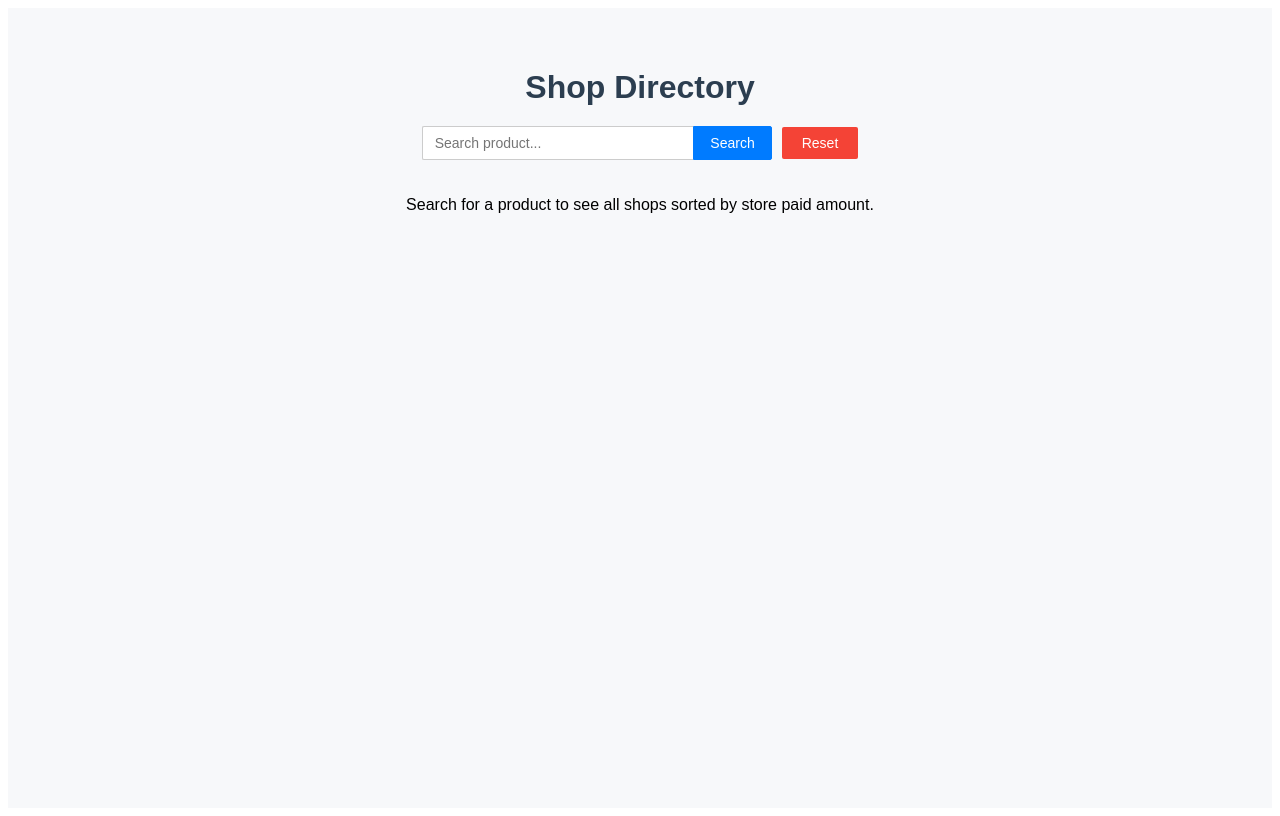
Repository: Pavithra-09git/CarSort
Page: /
The author's editor kept a copy of each file at every save. The page is drawn from the files as they stood at one save, then again after the next save.
The browser window is 1280 px wide. The pictures show the whole page.
The project was rebuilt for these pictures with package versions that can differ from the ones it lists, and the page was loaded fresh each time. Also part of the build but not shown: vite.config.js.

Above is the page before, as saved 2025-10-26 13:02:53.

### index.html
<!doctype html>
<html lang="en">
  <head>
    <meta charset="UTF-8" />
    <link rel="icon" type="image/svg+xml" href="/vite.svg" />
    <meta name="viewport" content="width=device-width, initial-scale=1.0" />
    <title>table</title>
  </head>
  <body>
    <div id="root"></div>
    <script type="module" src="/src/main.jsx"></script>
  </body>
</html>

### src/App.jsx
import React, { useState } from "react";
import { shops } from "./data";
import "./App.css";

function App() {
  const [search, setSearch] = useState("");
  const [results, setResults] = useState([]);

  const handleSearch = (e) => {
    e.preventDefault();
    if (!search.trim()) {
      setResults([]);
      return;
    }

    // Filter shops that have the searched product
    const filtered = shops
      .map((shop) => {
        const product = shop.products.find(
          (p) => p.name.toLowerCase() === search.toLowerCase().trim()
        );
        if (product) {
          return { ...shop, product };
        }
        return null;
      })
      .filter(Boolean)
      .sort((a, b) => b.product.storePaidAmount - a.product.storePaidAmount); // highest store paid first

    setResults(filtered);
  };

  const handleReset = () => {
    setSearch("");
    setResults([]);
  };

  return (
    <div className="container">
      <h1>Shop Directory</h1>

      <form className="search-form" onSubmit={handleSearch}>
        <div className="youtube-search-box">
          <input
            type="text"
            placeholder="Search product..."
            value={search}
            onChange={(e) => setSearch(e.target.value)}
            className="search-input"
          />
          <button type="submit" className="search-button">Search</button>
        </div>
        <button type="button" className="reset-btn" onClick={handleReset}>
          Reset
        </button>
      </form>

      <div className="card-column">
        {results.length > 0 ? (
          results.map((shop) => (
            <div className="card" key={shop.id}>
              <h2>{shop.name}</h2>
              <p><strong>Location:</strong> {shop.location}</p>
              <p><strong>Product:</strong> {shop.product.name}</p>
              <p><strong>Store Paid Amount:</strong> ₹{shop.product.storePaidAmount}</p>
              <p><strong>Normal Rate:</strong> ₹{shop.product.normalRate}</p>
            </div>
          ))
        ) : (
          <p>Search for a product to see all shops sorted by store paid amount.</p>
        )}
      </div>
    </div>
  );
}

export default App;

### src/data.js
export const shops = [
  {
    id: 1,
    name: "Alpha Stationery",
    location: "Coimbatore",
    products: [
      { name: "Pens", storePaidAmount: 12, normalRate: 15 },
      { name: "Notebooks", storePaidAmount: 50, normalRate: 60 },
      { name: "Pencil", storePaidAmount: 5, normalRate: 10 },
      { name: "Markers", storePaidAmount: 20, normalRate: 25 },
    ],
  },
  {
    id: 2,
    name: "Eco Paper House",
    location: "Chennai",
    products: [
      { name: "Notebooks", storePaidAmount: 55, normalRate: 65 },
      { name: "Files", storePaidAmount: 35, normalRate: 40 },
      { name: "Diaries", storePaidAmount: 40, normalRate: 50 },
    ],
  },
  {
    id: 3,
    name: "Campus Stationers",
    location: "Erode",
    products: [
      { name: "Pens", storePaidAmount: 15, normalRate: 18 },
      { name: "Notebooks", storePaidAmount: 60, normalRate: 70 },
      { name: "Markers", storePaidAmount: 25, normalRate: 30 },
    ],
  },
  {
    id: 4,
    name: "Paper World",
    location: "Chennai",
    products: [
      { name: "Files", storePaidAmount: 38, normalRate: 45 },
      { name: "Notebooks", storePaidAmount: 58, normalRate: 65 },
      { name: "Diaries", storePaidAmount: 45, normalRate: 50 },
    ],
  },
];

### src/App.css
/* Main container */
.container {
  min-height: 100vh;
  background-color: #f7f8fa;
  display: flex;
  flex-direction: column;
  align-items: center;
  padding: 40px 20px;
  font-family: "Poppins", sans-serif;
}

/* Title */
h1 {
  color: #2c3e50;
  margin-bottom: 20px;
  font-size: 2rem;
  text-align: center;
}

/* Search bar */
.search-box {
  width: 100%;
  max-width: 400px;
  padding: 10px 15px;
  border: 1px solid #ccc;
  border-radius: 8px;
  outline: none;
  font-size: 16px;
  transition: 0.3s;
  margin-bottom: 30px;
}

.search-box:focus {
  border-color: #007bff;
  box-shadow: 0 0 5px rgba(0, 123, 255, 0.3);
}

/* Cards vertical layout */
.card-column {
  display: flex;
  flex-direction: column;
  align-items: center;
  gap: 20px;
  width: 100%;
  max-width: 700px;
}

/* Individual card */
.card {
  background-color: white;
  border-radius: 12px;
  box-shadow: 0 4px 10px rgba(0, 0, 0, 0.1);
  width: 100%;
  padding: 20px;
  transition: transform 0.3s ease, box-shadow 0.3s ease;
}

.card:hover {
  transform: translateY(-5px);
  box-shadow: 0 6px 15px rgba(0, 0, 0, 0.15);
}

/* Card text */
.card h2 {
  font-size: 1.2rem;
  color: #2d3436;
  margin-bottom: 10px;
}

.card p {
  font-size: 0.95rem;
  color: #555;
  margin: 6px 0;
}

/* No result text */
.no-result {
  color: #777;
  text-align: center;
  font-size: 1rem;
}
.search-form {
  display: flex;
  flex-wrap: wrap;
  gap: 10px;
  margin-bottom: 20px;
  align-items: center;
}

.youtube-search-box {
  display: flex;
  width: 350px; /* input + button total width */
  max-width: 100%;
}

.search-input {
  flex: 1;
  padding: 8px 12px;
  border: 1px solid #ccc;
  border-right: none;
  border-radius: 2px 0 0 2px;
  font-size: 14px;
}

.search-input:focus {
  outline: none;
  border-color: #007bff;
}

.search-button {
  padding: 8px 16px;
  border: 1px solid #007bff;
  background-color: #007bff;
  color: white;
  cursor: pointer;
  font-size: 14px;
  border-radius: 0 2px 2px 0;
  transition: background 0.3s;
}

.search-button:hover {
  background-color: #0056b3;
}

.reset-btn {
  padding: 8px 20px;
  background-color: #f44336;
  border: none;
  color: white;
  border-radius: 2px;
  cursor: pointer;
  font-size: 14px;
  transition: background 0.3s;
}

.reset-btn:hover {
  background-color: #c62828;
}

/* Cards */
.card-column {
  display: flex;
  flex-direction: column;
  gap: 15px;
}

.card {
  padding: 15px;
  border: 1px solid #ddd;
  border-radius: 8px;
  box-shadow: 1px 2px 6px rgba(0,0,0,0.1);
  transition: transform 0.2s;
}

.card:hover {
  transform: scale(1.02);
}

/* Responsive */
@media (max-width: 600px) {
  .youtube-search-box {
    width: 100%;
  }
  .search-form {
    flex-direction: column;
    align-items: stretch;
  }
  .reset-btn {
    width: 100%;
  }
}

Loaded but not shown: src/main.jsx (common file)

After the next save:
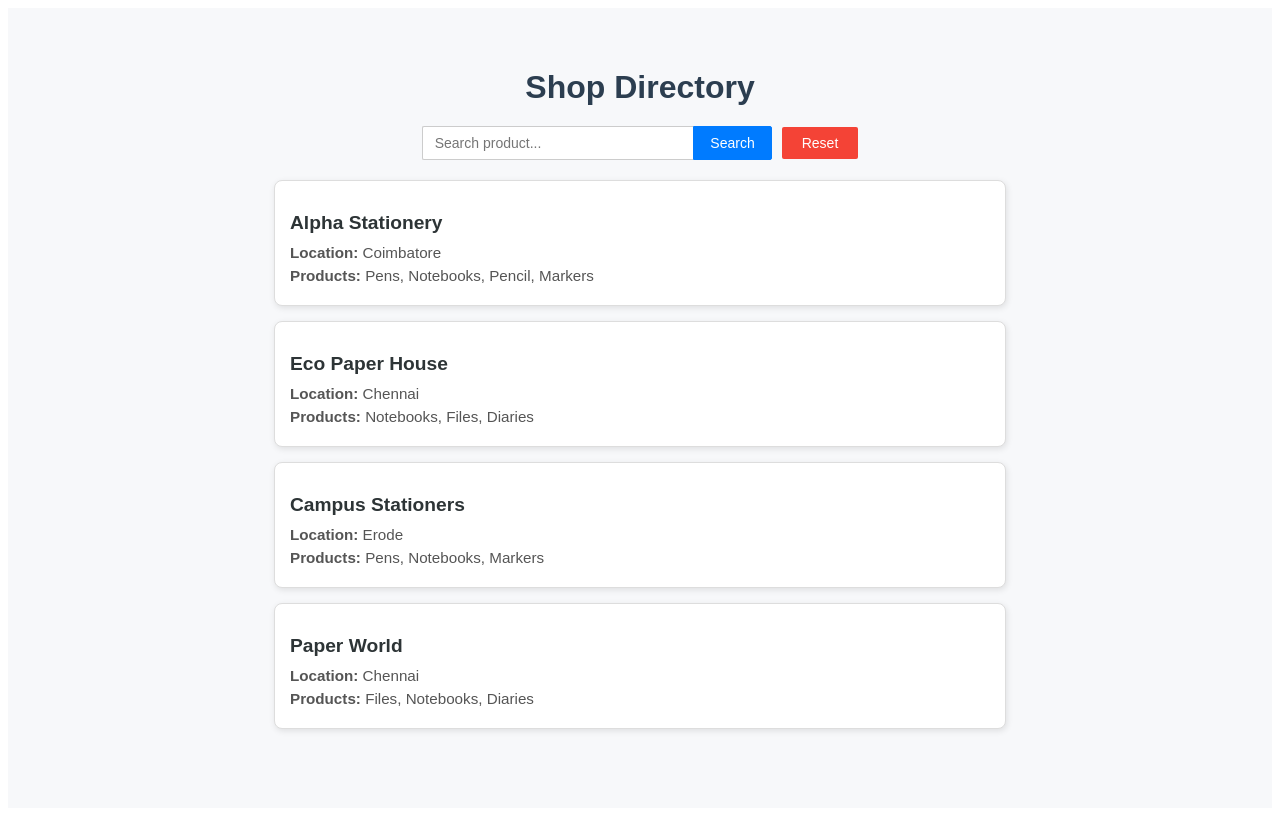
Saved 115 s later.
--- a/src/App.jsx
+++ b/src/App.jsx
@@ -4,12 +4,12 @@ import "./App.css";
 
 function App() {
   const [search, setSearch] = useState("");
-  const [results, setResults] = useState([]);
+  const [results, setResults] = useState(null); // null means no search yet
 
   const handleSearch = (e) => {
     e.preventDefault();
     if (!search.trim()) {
-      setResults([]);
+      setResults(null);
       return;
     }
 
@@ -25,15 +25,18 @@ function App() {
         return null;
       })
       .filter(Boolean)
-      .sort((a, b) => b.product.storePaidAmount - a.product.storePaidAmount); // highest store paid first
+      .sort((a, b) => b.product.storePaidAmount - a.product.storePaidAmount); // sort internally if needed
 
     setResults(filtered);
   };
 
   const handleReset = () => {
     setSearch("");
-    setResults([]);
+    setResults(null); // back to initial view
   };
+
+  // Decide which shops to display: filtered or all
+  const displayShops = results !== null ? results : shops;
 
   return (
     <div className="container">
@@ -56,18 +59,20 @@ function App() {
       </form>
 
       <div className="card-column">
-        {results.length > 0 ? (
-          results.map((shop) => (
+        {displayShops.length > 0 ? (
+          displayShops.map((shop) => (
             <div className="card" key={shop.id}>
               <h2>{shop.name}</h2>
               <p><strong>Location:</strong> {shop.location}</p>
-              <p><strong>Product:</strong> {shop.product.name}</p>
-              <p><strong>Store Paid Amount:</strong> ₹{shop.product.storePaidAmount}</p>
-              <p><strong>Normal Rate:</strong> ₹{shop.product.normalRate}</p>
+              {results ? (
+                <p><strong>Product:</strong> {shop.product.name}</p>
+              ) : (
+                <p><strong>Products:</strong> {shop.products.map(p => p.name).join(", ")}</p>
+              )}
             </div>
           ))
         ) : (
-          <p>Search for a product to see all shops sorted by store paid amount.</p>
+          <p>No shops found with that product.</p>
         )}
       </div>
     </div>
